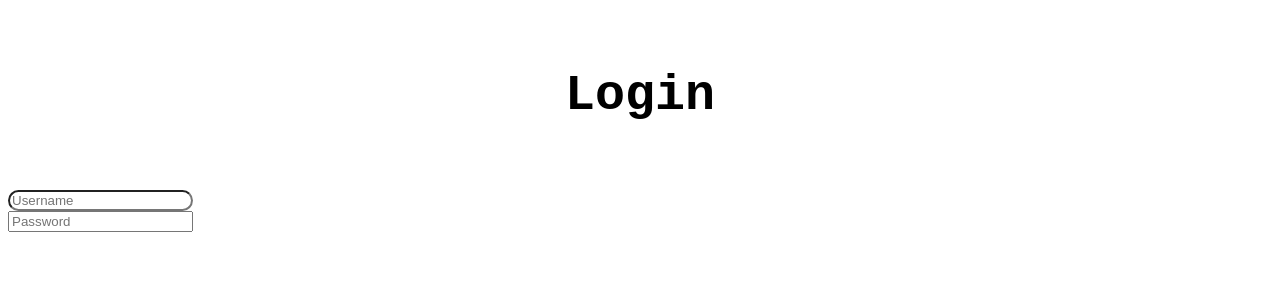
Repository: yhung004/TUTORIAL_PAGE
Page: log_in.html
The author's editor kept a copy of each file at every save. The page is drawn from the files as they stood at one save, then again after the next save.
The browser window is 1280 px wide. The pictures show the whole page.

Above is the page before, as saved 2024-04-10 12:11:33.

After the next save:
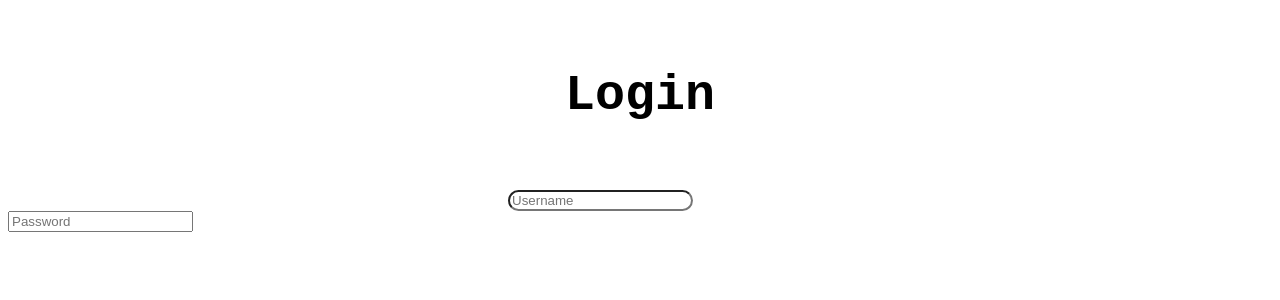
Saved 19 s later.
--- a/main.css
+++ b/main.css
@@ -47,4 +47,5 @@ a.button_a1 {
 .username {
     position: relative;
     border-radius: 30px;
+    left: 500px;
 }
